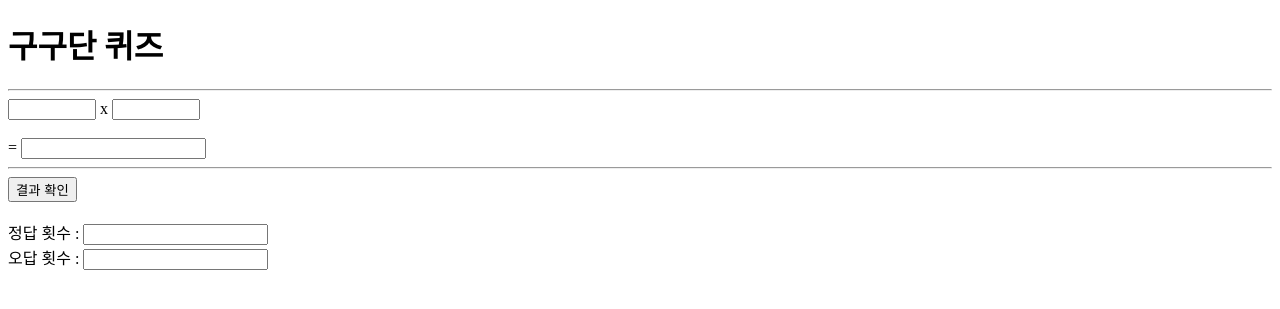
Repository: Baechangho/JavaBasic
Page: workspace_web/Front/src/main/webapp/event/gugudan_quiz.html
An editor plug-in stored every save of this project. The page is shown before and after the next save, followed by the edit.
The browser window is 1280 px wide. The pictures show the whole page.

Above is the page before, as saved 2023-08-09 00:13:10.

After the next save:
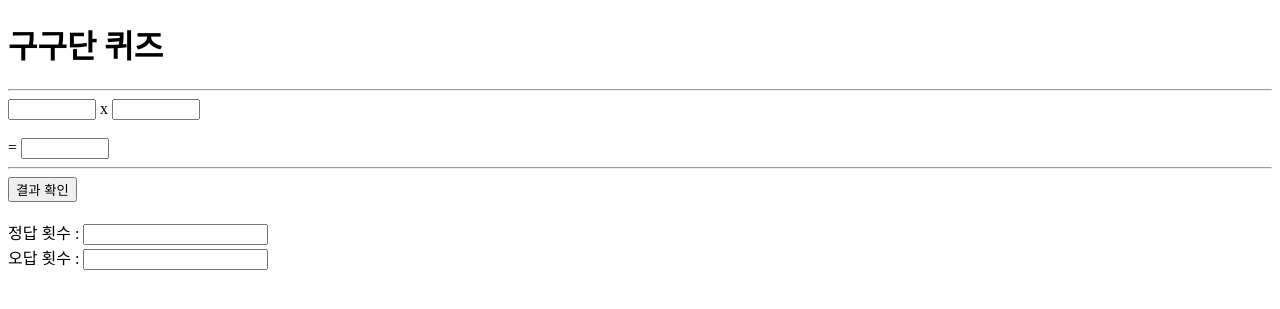
Saved 11 s later.
--- a/workspace_web/Front/src/main/webapp/event/gugudan_quiz.html
+++ b/workspace_web/Front/src/main/webapp/event/gugudan_quiz.html
@@ -7,7 +7,9 @@
 #n1, #n2{
 	width: 80px;
 }
-
+#answer{
+	width: 80px;
+}
 
 </style>
 </head>
